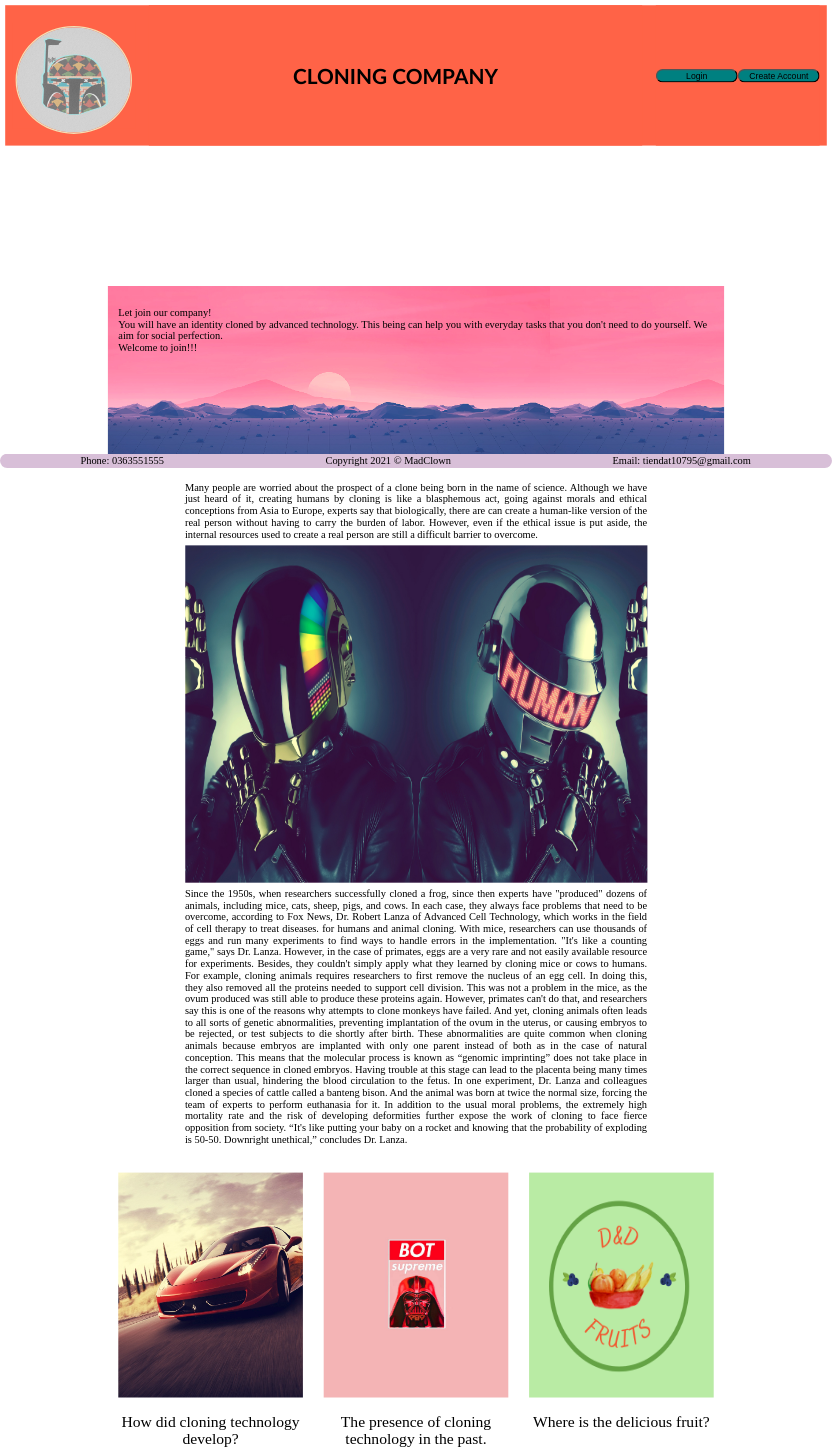
Repository: madd107/demo-form
Page: Assigment_FEE/CaseStudy_1.html
These files come from the project's save history. The page is drawn as it stood at one moment and after the next save; the edit follows.
The browser window is 1280 px wide. The pictures show the whole page, at 65% of full size.

Above is the page before, as saved 2021-10-01 01:51:39.

After the next save:
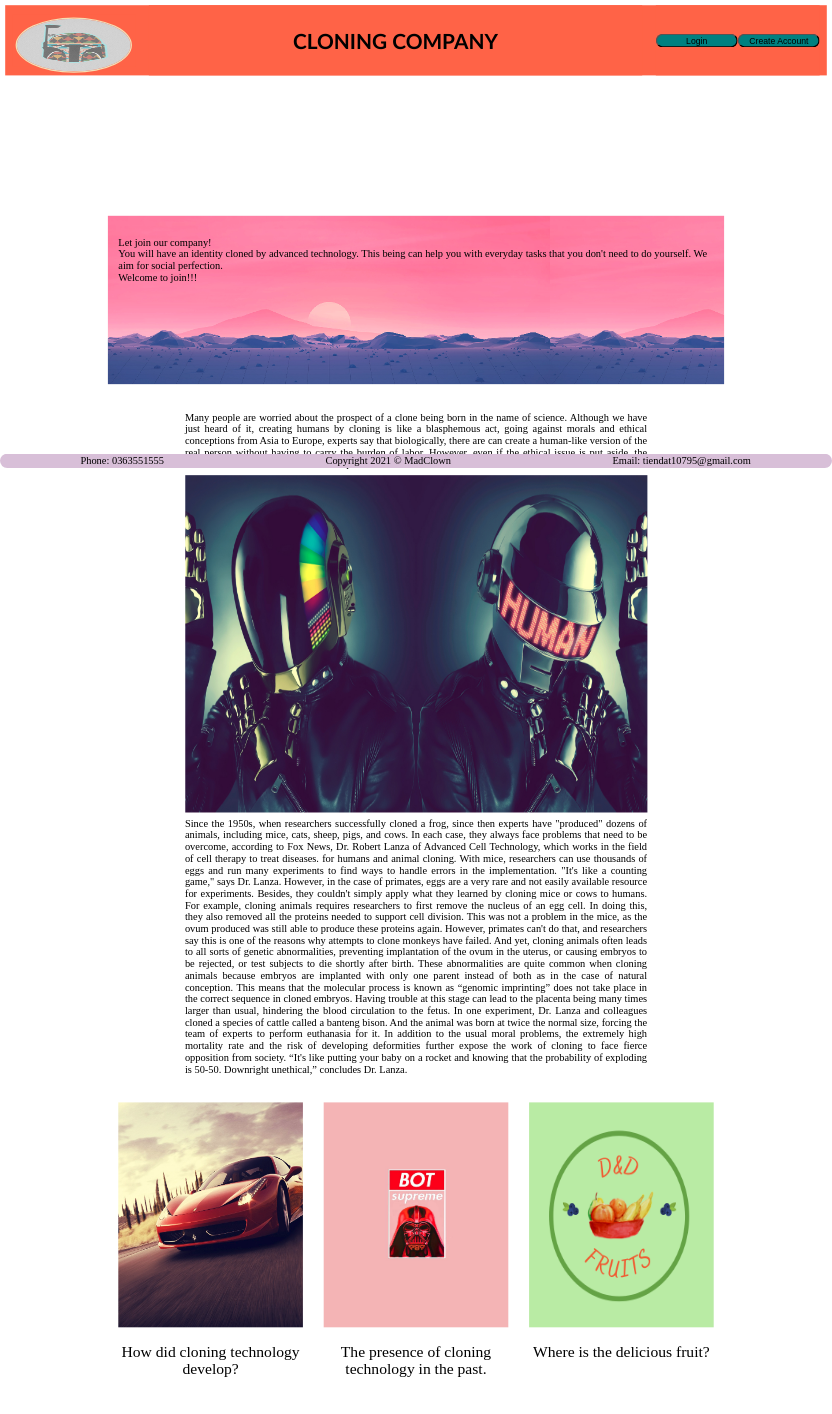
Saved 22 s later.
--- a/Assigment_FEE/css/CaseStudy_1.css
+++ b/Assigment_FEE/css/CaseStudy_1.css
@@ -8,7 +8,7 @@
 .topbar {
   margin: auto;
   width: 100%;
-  height: 10%;
+  height: 5%;
   display: flex;
   justify-content: space-between;
   background-color: tomato;
